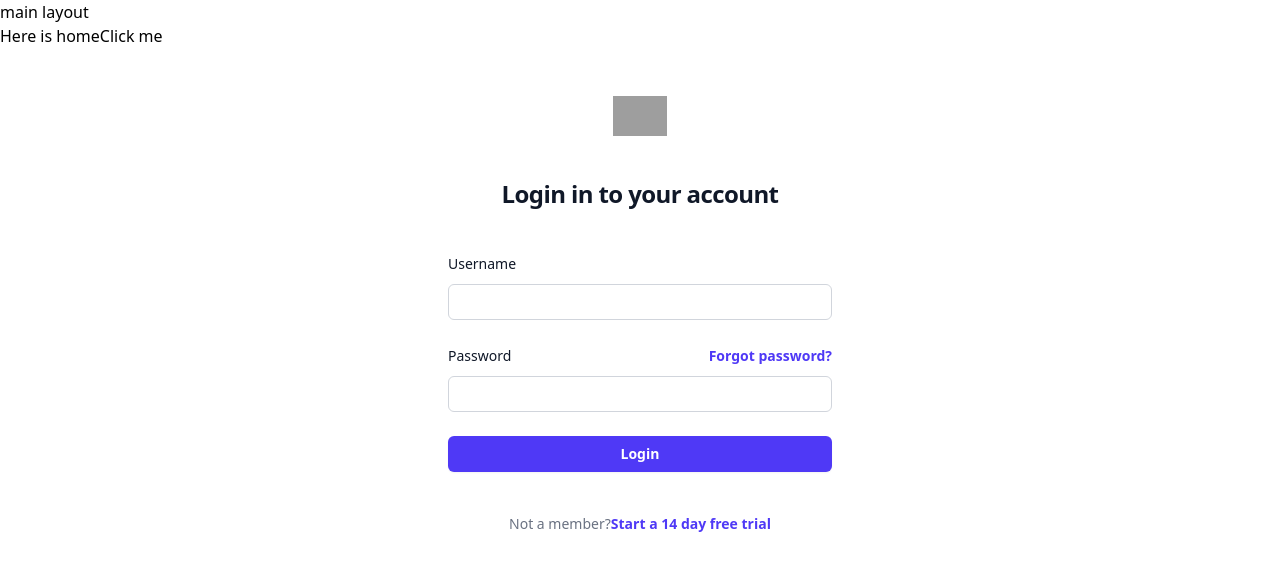
Repository: fuad303/karokhy-frontend
Page: /
These files come from the project's save history. The page is drawn as it stood at one moment and after the next save; the edit follows.
The browser window is 1280 px wide. The pictures show the whole page.
Pictures or frames that could not be fetched are drawn as grey boxes. The project was rebuilt for these pictures with package versions that can differ from the ones it lists, and the page was loaded fresh each time. Also part of the build but not shown: vite.config.ts, src/layouts/AuthLayout.tsx.

Above is the page before, as saved 2025-12-08 12:25:34.

### index.html
<!doctype html>
<html lang="en">
  <head>
    <meta charset="UTF-8" />
    <link rel="icon" type="image/svg+xml" href="/vite.svg" />
    <meta name="viewport" content="width=device-width, initial-scale=1.0" />
    <title>karokhyfront</title>
  </head>
  <body>
    <div id="root"></div>
    <script type="module" src="/src/main.tsx"></script>
  </body>
</html>

### src/main.tsx
import { StrictMode } from "react";
import { createRoot } from "react-dom/client";
import "./index.css";
import { RouterProvider } from "react-router-dom";
import { router } from "./router/router";
import { AppProvider } from "./context/Context";

createRoot(document.getElementById("root")!).render(
  <StrictMode>
    <AppProvider>
      <RouterProvider router={router} />
    </AppProvider>
  </StrictMode>
);

### src/router/router.tsx
import { createBrowserRouter } from "react-router-dom";
import MainLayout from "../layouts/MainLayout";
import Home from "../pages/Home";
import Login from "../pages/Login";
import AuthLayout from "../layouts/AuthLayout";
import { Loader } from "../loader/loader";

export const router = createBrowserRouter([
  {
    element: <MainLayout />,
    children: [
      { path: "/", element: <Home />, loader: Loader.dashboardLoader },
    ],
  },
  {
    element: <AuthLayout />,
    children: [{ path: "/login", element: <Login /> }],
  },
]);

### src/context/Context.tsx
/* eslint-disable react-refresh/only-export-components */

import { createContext, useContext, useState } from "react";

interface AppContextInterface {
  backendErrorPopup: boolean;
  setBackendErrorPopup: React.Dispatch<React.SetStateAction<boolean>>;
}

const AppContext = createContext<AppContextInterface | null>(null);

export const AppProvider = ({ children }: { children: React.ReactNode }) => {
  const [backendErrorPopup, setBackendErrorPopup] = useState(false);

  return (
    <AppContext.Provider value={{ backendErrorPopup, setBackendErrorPopup }}>
      {children}
    </AppContext.Provider>
  );
};

export const useApp = () => {
  const ctx = useContext(AppContext);
  if (!ctx) throw new Error("useApp must be used inside AppProvider");
  return ctx;
};

### src/layouts/MainLayout.tsx
import { Outlet } from "react-router-dom";

const MainLayout = () => {
  return (
    <div>
      main layout
      <main>
        <Outlet />
      </main>
    </div>
  );
};

export default MainLayout;

### src/pages/Home.tsx
import { useLoaderData } from "react-router-dom";
import { useApp } from "../context/Context";
import type { HomeInterface } from "../interfaces/home.interface";
import Login from "./Login";

const Home = () => {
  const { backendErrorPopup, setBackendErrorPopup } = useApp();
  const data = useLoaderData<HomeInterface>();

  return (
    <div>
      Here is home
      <button
        onClick={() => {
          setBackendErrorPopup((pre) => !pre);
        }}
      >
        Click me
      </button>
      {backendErrorPopup && <>{data.message}</>}
      <Login />
    </div>
  );
};

export default Home;

### src/pages/Login.tsx
import LoginPage from "../components/LoginPage";

const Login = () => {
  return (
    <>
      <LoginPage />
    </>
  );
};

export default Login;

### src/loader/loader.ts
export class Loader {
  static async dashboardLoader() {
    return {
      status: 200,
      message: "Hello from loader",
    };
  }
}

### src/components/LoginPage.tsx
import React from "react";

function LoginPage() {
  return (
    <div>
      <div className="flex min-h-full flex-col justify-center px-6 py-12 lg:px-8">
        <div className="sm:mx-auto sm:w-full sm:max-w-sm">
          <img
            src="https://tailwindcss.com/plus-assets/img/logos/mark.svg?color=indigo&shade=600"
            alt="Your Company"
            className="mx-auto h-10 w-auto dark:hidden"
          />
          <img
            src="https://tailwindcss.com/plus-assets/img/logos/mark.svg?color=indigo&shade=500"
            alt="Your Company"
            className="mx-auto h-10 w-auto not-dark:hidden"
          />
          <h2 className="mt-10 text-center text-2xl/9 font-bold tracking-tight text-gray-900 dark:text-white">
            Login in to your account
          </h2>
        </div>

        <div className="mt-10 sm:mx-auto sm:w-full sm:max-w-sm">
          <form action="#" method="POST" className="space-y-6">
            <div>
              <label
                for="username"
                class="block text-sm/6 font-medium text-gray-900 dark:text-gray-100"
              >
                Username
              </label>
              <div className="mt-2">
                <input
                  id="email"
                  type="email"
                  name="email"
                  required
                  autocomplete="email"
                  class="block w-full rounded-md bg-white px-3 py-1.5 text-base text-gray-900 outline-1 -outline-offset-1 outline-gray-300 placeholder:text-gray-400 focus:outline-2 focus:-outline-offset-2 focus:outline-indigo-600 sm:text-sm/6 dark:bg-white/5 dark:text-white dark:outline-white/10 dark:placeholder:text-gray-500 dark:focus:outline-indigo-500"
                />
              </div>
            </div>

            <div>
              <div className="flex items-center justify-between">
                <label
                  for="password"
                  class="block text-sm/6 font-medium text-gray-900 dark:text-gray-100"
                >
                  Password
                </label>
                <div className="text-sm">
                  <a
                    href="#"
                    className="font-semibold text-indigo-600 hover:text-indigo-500 dark:text-indigo-400 dark:hover:text-indigo-300"
                  >
                    Forgot password?
                  </a>
                </div>
              </div>
              <div className="mt-2">
                <input
                  id="password"
                  type="password"
                  name="password"
                  required
                  autocomplete="current-password"
                  class="block w-full rounded-md bg-white px-3 py-1.5 text-base text-gray-900 outline-1 -outline-offset-1 outline-gray-300 placeholder:text-gray-400 focus:outline-2 focus:-outline-offset-2 focus:outline-indigo-600 sm:text-sm/6 dark:bg-white/5 dark:text-white dark:outline-white/10 dark:placeholder:text-gray-500 dark:focus:outline-indigo-500"
                />
              </div>
            </div>

            <div>
              <button
                type="submit"
                className="flex w-full justify-center rounded-md bg-indigo-600 px-3 py-1.5 text-sm/6 font-semibold text-white shadow-xs hover:bg-indigo-500 focus-visible:outline-2 focus-visible:outline-offset-2 focus-visible:outline-indigo-600 dark:bg-indigo-500 dark:shadow-none dark:hover:bg-indigo-400 dark:focus-visible:outline-indigo-500"
              >
                Login
              </button>
            </div>
          </form>

          <p className="mt-10 text-center text-sm/6 text-gray-500 dark:text-gray-400">
            Not a member?
            <a
              href="#"
              className="font-semibold text-indigo-600 hover:text-indigo-500 dark:text-indigo-400 dark:hover:text-indigo-300"
            >
              Start a 14 day free trial
            </a>
          </p>
        </div>
      </div>
    </div>
  );
}

export default LoginPage;

Loaded but not shown: src/index.css (common file)

After the next save:
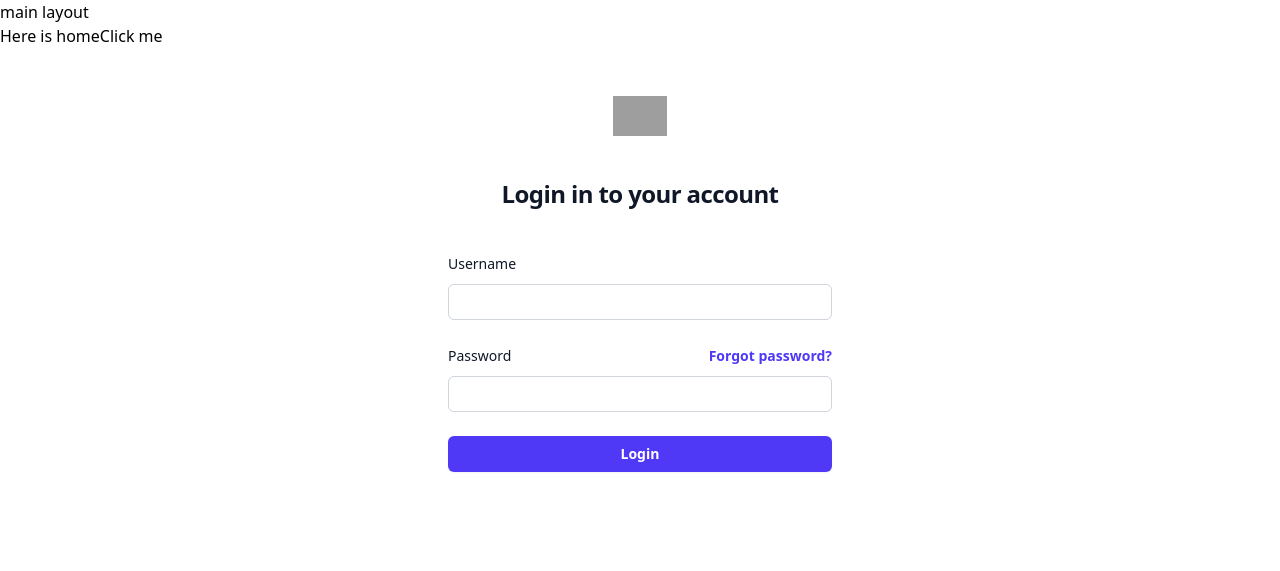
Saved 5 min 20 s later.
--- a/src/components/LoginPage.tsx
+++ b/src/components/LoginPage.tsx
@@ -79,16 +79,6 @@ function LoginPage() {
               </button>
             </div>
           </form>
-
-          <p className="mt-10 text-center text-sm/6 text-gray-500 dark:text-gray-400">
-            Not a member?
-            <a
-              href="#"
-              className="font-semibold text-indigo-600 hover:text-indigo-500 dark:text-indigo-400 dark:hover:text-indigo-300"
-            >
-              Start a 14 day free trial
-            </a>
-          </p>
         </div>
       </div>
     </div>
